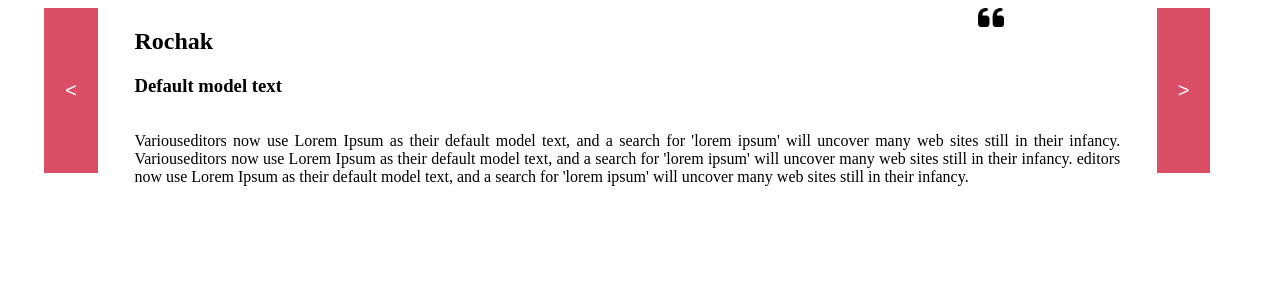
Repository: AVINKUMARP/gifts
Page: demo2.html
The author's editor kept a copy of each file at every save. The page is drawn from the files as they stood at one save, then again after the next save.
The browser window is 1280 px wide. The pictures show the whole page.

Above is the page before, as saved 2023-08-24 14:01:12.

After the next save:
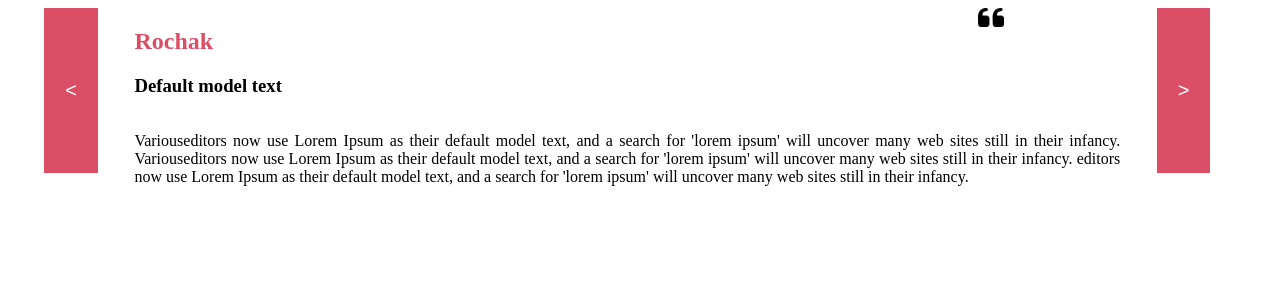
Saved 43 s later.
--- a/demo2.html
+++ b/demo2.html
@@ -34,7 +34,10 @@
         }
         .csub h2{
             text-align: start;
-            color:#db4f66:
+
+        }
+        .ch h2{
+            color:#db4f66;
         }
         .csub h3{
             text-align: start;
